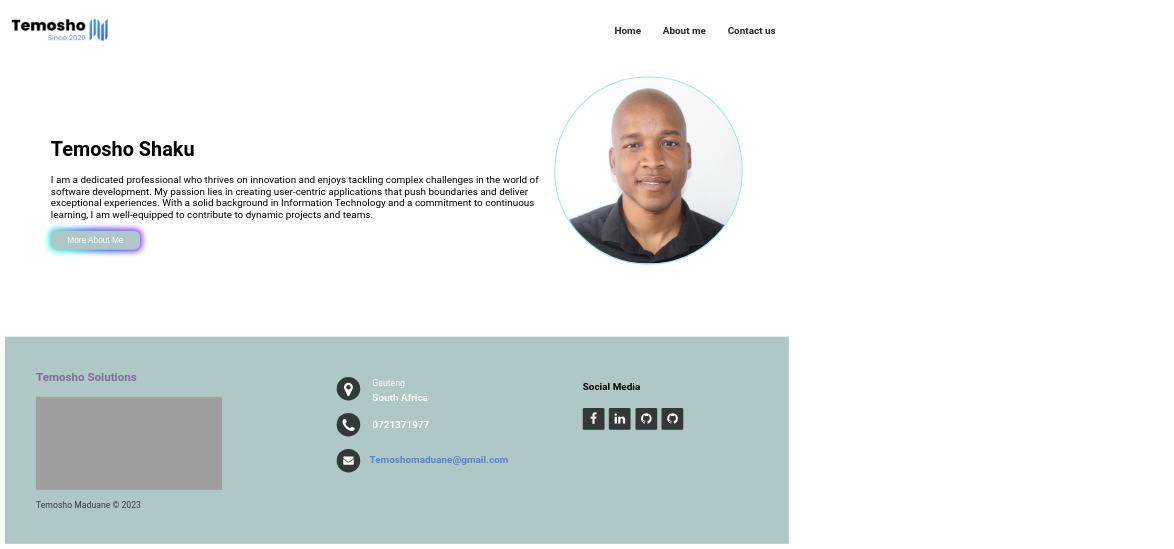
Repository: TemoshoS/T-Shaku
Page: index.html
An editor plug-in stored every save of this project. The page is shown before and after a run of saves, followed by the edit.
The browser window is 1280 px wide. The page is 1280 px wide, then 1894 px, then 1280 px, so the pictures cover 1894 px, including what lies to the right of the window. The pictures show the whole page, at 62% of full size.
Pictures or frames that could not be fetched are drawn as grey boxes. Some web libraries are served in a nearby version.

Above is the page before, as saved 2023-09-28 14:55:17.

### index.html
<!DOCTYPE html>
<html>
<title>Temosho Shaku</title>
<meta charset="UTF-8">
<meta name="viewport" content="width=device-width,initial-scale=1">


<link rel="stylesheet" href="./css/style.css">

<link rel="stylesheet" href="http://maxcdn.bootstrapcdn.com/font-awesome/4.2.0/css/font-awesome.min.css">
<link href="http://fonts.googleapis.com/css?family=Cookie" rel="stylesheet" type="text/css">

<body>

  <header>
    <div>
      <table style="width: 100%;">
        <tr>
          <td>
            <a href="index.html">
              <img src="./images/logo.png" style="height: 50px;" alt="No logo" />
            </a>
          </td>
          <td align="right">
            <nav>
              <!-- Mobile Menu Icon -->
              <div class="menu-icon" onclick="toggleMenu()">
                <div class="bar"></div>
                <div class="bar"></div>
                <div class="bar"></div>
              </div>
              <!-- Navigation Links (Initially Hidden) -->
              <ul class="nav-links">
                <a href="index.html" class="nav-link"><b>Home</b></a>
                <a href="about.html" class="nav-link"><b>About me</b></a>
                <a href="contact.html" class="nav-link"><b>Contact us</b></a>
              </ul>
            </nav>
          </td>
        </tr>
      </table>
    </div>
  </header>



  <main>
    <table style="width: 100%; height: 300px">

      <tr>
        <td style="padding-left: 10vh; padding-top: 50px">
          <h1 id="name" class="name"></h1>
          <p style="width: 100%" id="para" class="description"></p>
          <button onclick="window.location.href='about.html'" class="buttonmore">More About Me</button>



        </td>
        <td align="right" style="padding-right: 10vh; padding-top: 30px; padding-bottom: 30px">
          <img src="./images/Temosho.jpg" alt="No picture" class="img-profile" />

        </td>
      </tr>
    </table>
  </main>


  <footer class="footer-distributed">
    <div class="footer-left">

      <h3><span>Temosho Solutions</span></h3>
      <p class="footer-links">
        <iframe
          src="https://www.google.com/maps/embed?pb=!1m18!1m12!1m3!1d57373.12731923028!2d28.183328280934226!3d-26.00669819115315!2m3!1f0!2f0!3f0!3m2!1i1024!2i768!4f13.1!3m3!1m2!1s0x1e956bed9ab01b69%3A0xc853e498933bab2e!2sTembisa%2C%201632!5e0!3m2!1sen!2sza!4v1676883111483!5m2!1sen!2sza"
          width="300" height="150" style="border:0;" allowfullscreen="" loping="lazy"></iframe>


      </p>


      <p class="footer-portfolio-name">Temosho Maduane &copy; 2023</p>
    </div>

    <div class="footer-center">

      <div>
        <i class="fa fa-map-marker"></i>
        <p><span>Gauteng</span>South Africa</p>
      </div>
      <div>
        <i class="fa fa-phone"></i>
        <p>0721371977</p>
        </p>

      </div>
      <div>

        <p><a href="temoshomaduane@gmail.com"><i class="fa fa-envelope"></i>Temoshomaduane@gmail.com</a>
        </p>
      </div>
    </div>

    <div class="footer-right">
      <p>
        Social Media
      </p>

      <div class="footer-icons">
        <a href="https://m.facebook.com/temosho.shaku"><i class="fa fa-facebook"></i></a>
        <a href="https://www.linkedin.com/mwlite/in/temosho-shaku-a2598917b"><i class="fa fa-linkedin"></i></a>
        <a href="https://github.com/TemoshoS"><i class="fa fa-github"></i></a>
        <a href="https://api.whatsapp.com/send?phone=27 721371977"><i class="fa fa-github"></i></a>

      </div>

    </div>
  </footer>
  <script src="./javascript/index.js"></script>
</body>

</html>

### css/style.css
/*Navigation bar*/
.nav-link {
	text-decoration: none;
	display: inline-block;
	padding: 13px 13px;
	color: #212529;
	margin-right: 5px;
  }

  .nav-link:hover {
	text-decoration:none;
	border-bottom: 2px solid #84e7ee;
  }


@import url("https://fonts.googleapis.com/css2?family=Roboto:wght@100&display=swap");
h1,
h2,
h3,
h4,
h5,
h6,
p,
a,
label,
address,
input {
	font-family: "Roboto", sans-serif;
}

/* CSS for Mobile Menu Icon */
.menu-icon {
    display: none; /* Initially hidden */
    cursor: pointer;
}

.menu-icon .bar {
    width: 25px;
    height: 3px;
    background-color: #212529;
    margin: 4px 0;
}

/* Add this to your style.css file */


.img-profile {
    border-radius: 150px;
    object-fit: cover;
    border: 2px solid rgb(166, 233, 233);
    width: 300px;
    height: 300px;
}


/*button*/

.buttonmore {
	padding: 0.6em 2em;
	border: none;
	outline: none;
	color: rgb(255, 255, 255);
	cursor: pointer;
	position: relative;
	z-index: 0;
	border-radius: 10px;
	user-select: none;
	-webkit-user-select: none;
	touch-action: manipulation;
  }

  .buttonmore:before {
	content: "";
	background: linear-gradient(
	  45deg,
	  #ff0000,
	  #ff7300,
	  #fffb00,
	  #48ff00,
	  #00ffd5,
	  #002bff,
	  #7a00ff,
	  #ff00c8,
	  #ff0000
	);
	position: absolute;
	top: -2px;
	left: -2px;
	background-size: 400%;
	z-index: -1;
	filter: blur(5px);
	-webkit-filter: blur(5px);
	width: calc(100% + 4px);
	height: calc(100% + 4px);
	animation: glowing-button-85 20s linear infinite;
	transition: opacity 0.3s ease-in-out;
	border-radius: 10px;
  }

  @keyframes glowing-button-85 {
	0% {
	  background-position: 0 0;
	}
	50% {
	  background-position: 400% 0;
	}
	100% {
	  background-position: 0 0;
	}
  }

  .buttonmore:after {
	z-index: -1;
	content: "";
	position: absolute;
	width: 100%;
	height: 100%;
	background: #b0c7c7;
	left: 0;
	top: 0;
	border-radius: 10px;
  }
/*Contact form*/
.contactform {


	border-radius: 5px;
	background-color: #f2f2f2;
	padding: 20px;
	width: 400px;
	margin-left: auto;
	margin-right: auto;

}



.footer-distributed{
	background-color: #b0c7c7;
	box-shadow: 0 1px 1px 0 rgba(5, 110, 52, 0.12);
	box-sizing: border-box;
	width: 100%;
	text-align: left;
	font: bold 16px sans-serif;

	padding: 55px 50px;
	margin-top: 80px;
}

.footer-distributed .footer-left,
.footer-distributed .footer-center,
.footer-distributed .footer-right{
	display: inline-block;
	vertical-align: top;
}

.footer-distributed .footer-left{
	width: 40%;
}

.footer-distributed h3{
	color:  #ffffff;

	margin: 0;
}

.footer-distributed h3 span{
	color:  #826c9b;
}


.footer-distributed .footer-links{
	color:  #ffffff;
	margin: 20px 0 12px;
	padding: 0;
}

.footer-distributed .footer-links a{
	display:inline-block;
	line-height: 1.8;
	text-decoration: none;
	color:  inherit;
}

.footer-distributed .footer-portfolio-name{
	color:  #373d3d;
	font-size: 14px;
	font-weight: normal;
	margin: 0;
}


.footer-distributed .footer-center{
	width: 35%;
}

.footer-distributed .footer-center i{
	background-color:  #33383b;
	color: #ffffff;
	font-size: 25px;
	width: 38px;
	height: 38px;
	border-radius: 50%;
	text-align: center;
	line-height: 42px;
	margin: 10px 15px;
	vertical-align: middle;
}

.footer-distributed .footer-center i.fa-envelope{
	font-size: 17px;
	line-height: 38px;
}

.footer-distributed .footer-center p{
	display: inline-block;
	color: #ffffff;
	vertical-align: middle;
	margin:0;
}

.footer-distributed .footer-center p span{
	display:block;
	font-weight: normal;
	font-size:14px;
	line-height:2;
}

.footer-distributed .footer-center p a{
	color:  #5383d3;
	text-decoration: none;;
}

.footer-distributed .footer-right{
	width: 20%;
}

.footer-distributed .footer-portfolio-about{
	line-height: 20px;
	color:  #92999f;
	font-size: 13px;
	font-weight: normal;
	margin: 0;
}

.footer-distributed .footer-portfolio-about span{
	display: block;
	color:  #ffffff;
	font-size: 14px;
	font-weight: bold;
	margin-bottom: 20px;
}

.footer-distributed .footer-icons{
	margin-top: 25px;
}

.footer-distributed .footer-icons a{
	display: inline-block;
	width: 35px;
	height: 35px;
	cursor: pointer;
	background-color:  #33383b;
	border-radius: 2px;

	font-size: 20px;
	color: #ffffff;
	text-align: center;
	line-height: 35px;

	margin-right: 3px;
	margin-bottom: 5px;
}




@media (max-width: 880px) {

	.menu-icon {
        display: block; /* Display the icon for smaller screens */
    }

    .nav-links {
        display: none; /* Hide the navigation links for smaller screens */
    }

    /* Add additional styles for the navigation links when hidden */
    .nav-link {
        display: block;
        text-align: center;
        margin: 5px 0;
        padding: 10px;
    }

	.img-profile {
		border-radius: 100px;
		object-fit: cover;
		border: 1px solid rgb(166, 233, 233);
		width: 200px;
		height: 200px;
	}


	.footer-distributed{
		font: bold 14px sans-serif;

	}

	.footer-distributed .footer-left,
	.footer-distributed .footer-center,
	.footer-distributed .footer-right{
		display: block;
		width: 100%;
		margin-bottom: 40px;
		text-align: center;
	}

	.footer-distributed .footer-center i{
		margin-left: 0;
	}


}

### javascript/index.js

document.getElementById("name").innerHTML = "Temosho Shaku";

document.getElementById("para").innerHTML = `I am a dedicated professional who thrives on innovation and enjoys tackling complex challenges in
the world of software development. My passion lies in creating user-centric applications that push
boundaries and deliver exceptional experiences. With a solid background in Information
Technology and a commitment to continuous learning, I am well-equipped to contribute to
dynamic projects and teams.`;




function toggleMenu() {
    var navLinks = document.querySelector('.nav-links');
    navLinks.style.display = navLinks.style.display === 'block' ? 'none' : 'block';
}

After the next 2 saves:
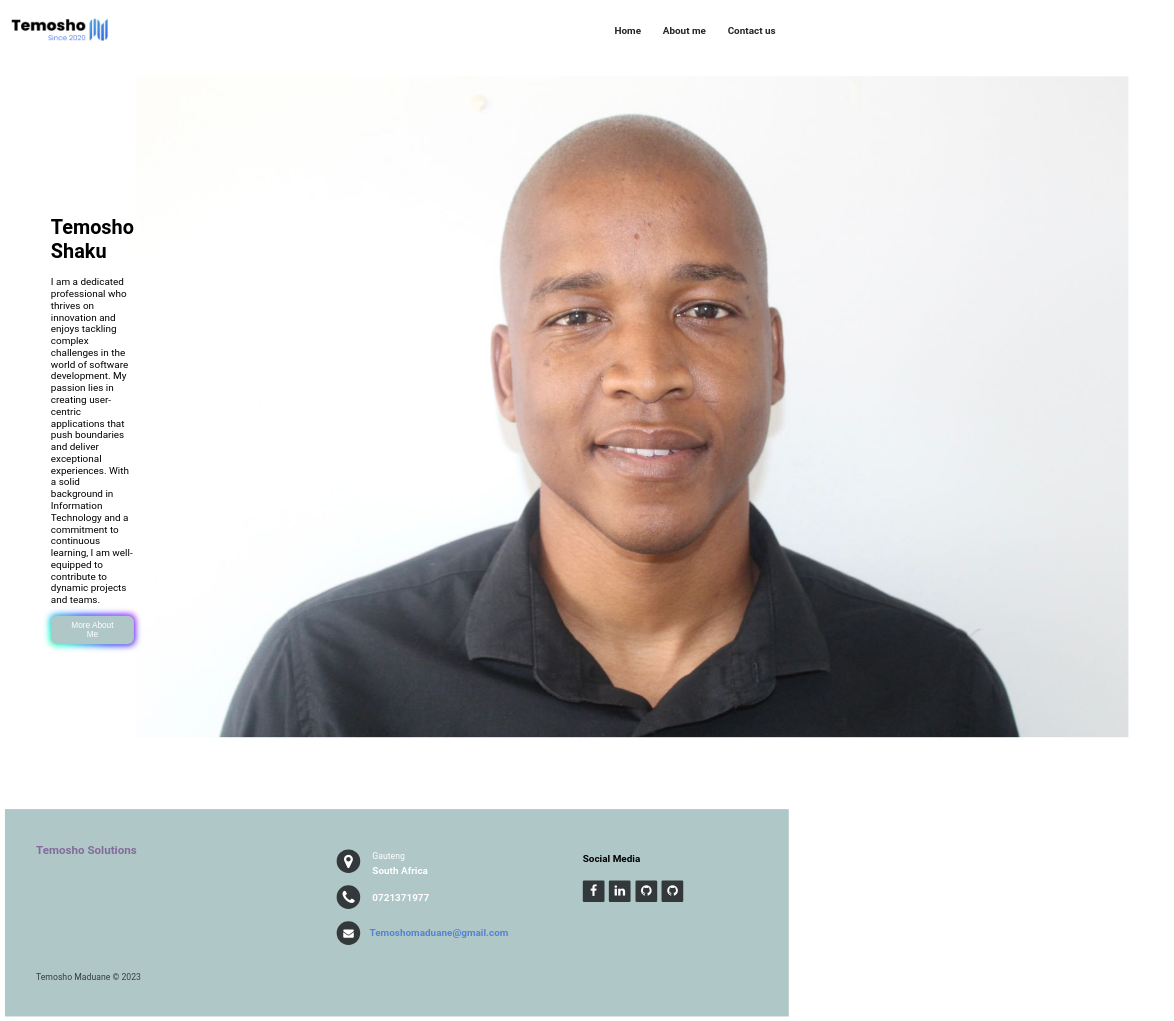
The 2 saves are shown as one change because they came seconds apart.
The last was saved 9 s later.
--- a/css/style.css
+++ b/css/style.css
@@ -43,7 +43,11 @@
 
 /* Add this to your style.css file */
 
-
+.name{
+
+}
+
+.
 .img-profile {
     border-radius: 150px;
     object-fit: cover;

After the save that followed:
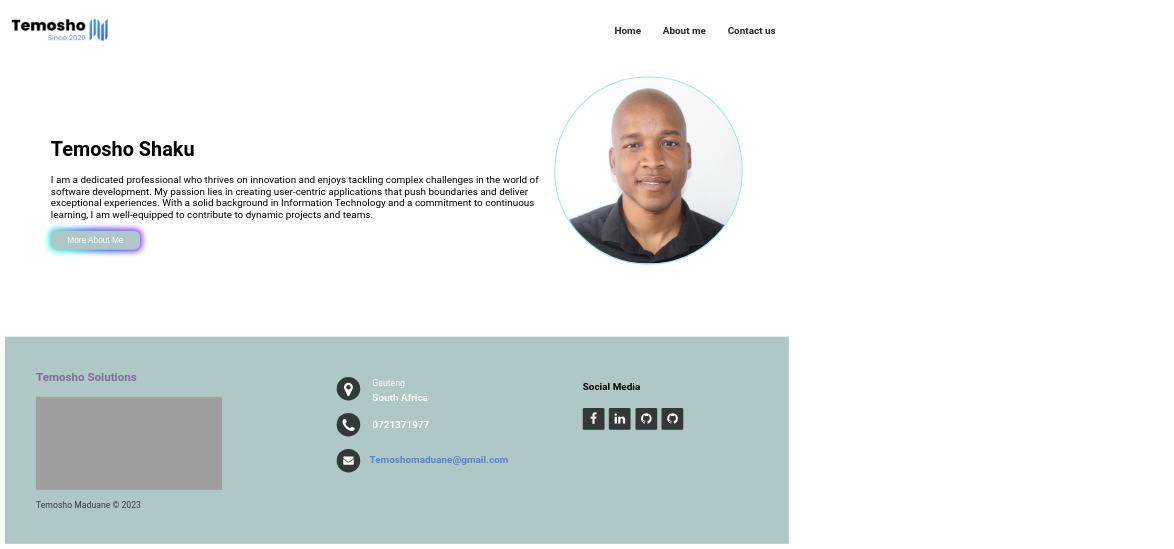
Saved 9 s later.
--- a/css/style.css
+++ b/css/style.css
@@ -47,7 +47,9 @@
 
 }
 
-.
+.description{
+
+}
 .img-profile {
     border-radius: 150px;
     object-fit: cover;
